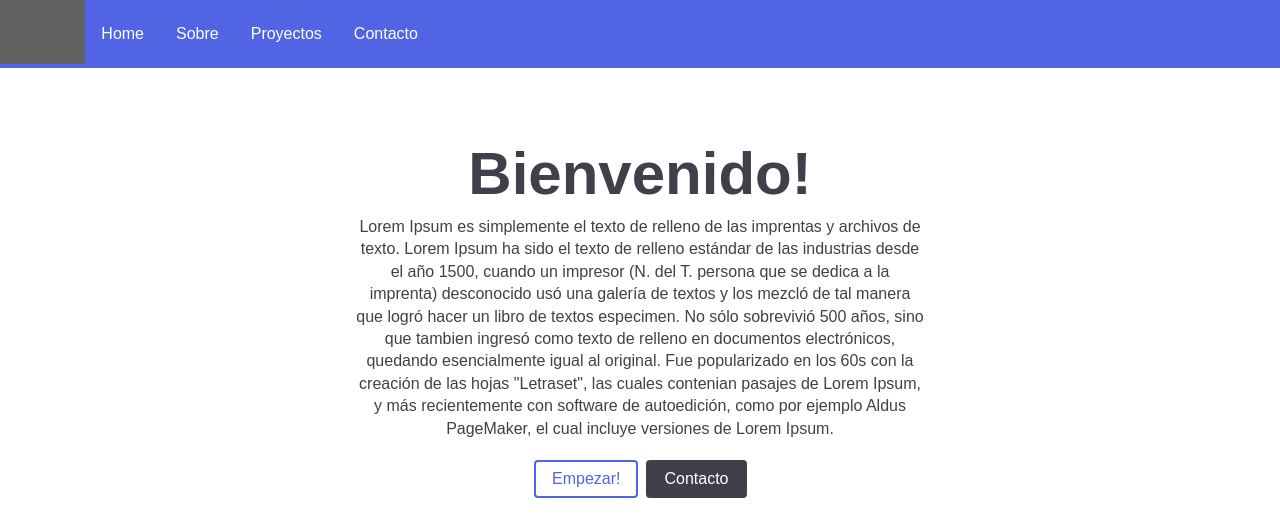
Repository: robsonmarkes/accesibilidad
Page: index.html
These files come from the project's save history. The page is drawn as it stood at one moment and after the next save; the edit follows.
The browser window is 1280 px wide. The pictures show the part of the page from y = 0 to 532 px (the page is 2119 px tall).
Pictures or frames that could not be fetched are drawn as grey boxes. A picture or video elsewhere on the page could not be fetched, so the positions and the page height are approximate.

Above is the page before, as saved 2022-10-11 10:44:49.

### index.html
<!DOCTYPE html>
<html lang="en">
<head>
    <meta charset="UTF-8">
    <meta http-equiv="X-UA-Compatible" content="IE=edge">
    <meta name="viewport" content="width=device-width, initial-scale=1.0">
    <title>Mi empresa portal</title>
    <link rel="stylesheet" href="style.css">
</head>
<body>
    <!-- wrong way -->
    <div class="wrap">
        <div class="header">
            <a href="http://google.com" class="logo">
                <img src="https://www.pngarts.com/files/3/Logo-PNG-Transparent-Image.png" alt="" srcset="">
            </a>
            <ul>
                <li>
                    <a href="#" target="_blank" rel="noopener noreferrer">Home</a>
                </li>
                <li>
                    <a href="#" target="_blank" rel="noopener noreferrer">Sobre</a>
                </li>
                <li>
                    <a href="#" target="_blank" rel="noopener noreferrer">Proyectos</a>
                </li>
                <li>
                    <a href="#" target="_blank" rel="noopener noreferrer">Contacto</a>
                </li>
            </ul>
        </div>
        <div class="content">
            <div class="article">
                <h1>Bienvenido!</h1>
                <p>
                    Lorem Ipsum es simplemente el texto de relleno de las imprentas y archivos de texto. Lorem Ipsum ha sido el texto de relleno estándar de las industrias desde el año 1500, cuando un impresor (N. del T. persona que se dedica a la imprenta) desconocido usó una galería de textos y los mezcló de tal manera que logró hacer un libro de textos especimen. No sólo sobrevivió 500 años, sino que tambien ingresó como texto de relleno en documentos electrónicos, quedando esencialmente igual al original. Fue popularizado en los 60s con la creación de las hojas "Letraset", las cuales contenian pasajes de Lorem Ipsum, y más recientemente con software de autoedición, como por ejemplo Aldus PageMaker, el cual incluye versiones de Lorem Ipsum.
                </p>
                <div class="buttons">
                    <button class="primary">Empezar!</button>
                    <button class="secondary">Contacto</button>
                </div>
            </div>
            <hr />
            <div class="article">
                <h1>Nuestra empresa</h1>
                <p>
                    Es un hecho establecido hace demasiado tiempo que un lector se distraerá con el contenido del texto de un sitio mientras que mira su diseño. El punto de usar Lorem Ipsum es que tiene una distribución más o menos normal de las letras, al contrario de usar textos como por ejemplo "Contenido aquí, contenido aquí". Estos textos hacen parecerlo un español que se puede leer. Muchos paquetes de autoedición y editores de páginas web usan el Lorem Ipsum como su texto por defecto, y al hacer una búsqueda de "Lorem Ipsum" va a dar por resultado muchos sitios web que usan este texto si se encuentran en estado de desarrollo. Muchas versiones han evolucionado a través de los años, algunas veces por accidente, otras veces a propósito (por ejemplo insertándole humor y cosas por el estilo).
                </p>
                <img src="https://cdn-dynmedia-1.microsoft.com/is/image/microsoftcorp/O2019-Hero-image-x2:VP1-539x440?resMode=sharp2&op_usm=1.5,0.65,15,0&wid=1920&hei=720&qlt=75&fit=constrain" alt="">
            </div>
            <hr />
            <div class="article">
                <h1>Necesitas ayuda? Escribanos!</h1>
                <p>
                    Al contrario del pensamiento popular, el texto de Lorem Ipsum no es simplemente texto aleatorio..
                </p>
                <form action="">
                    <fieldset>
                        <legend>En formulário de ejemplo</legend>
                        <div class="form-group">
                            <label for="name">Su nombre:</label>
                            <input type="text" name="name" id="name">
                        </div>
                        <div class="form-group">
                            <label for="email">Su correo:</label>
                            <input type="text" name="email" id="email">
                        </div>
                        <div class="form-group">
                            <label for="message">Su mensaje:</label>
                            <textarea name="message" id="message" cols="30" rows="10"></textarea>
                        </div>
                        <button>Enviar!</button>
                    </fieldset>
                </form>
            </div>
        </div>
        <div class="footer">
            <span>Navegación rápida</span>
            <ul>
                <li>
                    <a href="#" target="_blank" rel="noopener noreferrer">Home</a>
                </li>
                <li>
                    <a href="#" target="_blank" rel="noopener noreferrer">Sobre</a>
                </li>
                <li>
                    <a href="#" target="_blank" rel="noopener noreferrer">Proyectos</a>
                </li>
                <li>
                    <a href="#" target="_blank" rel="noopener noreferrer">Contacto</a>
                </li>
            </ul>
        </div>
        <div class="modal">
            <h2 class="title">Estas seguro que quieres enviar?</h2>
            <span>La acción no puede ser deshecha.</span>
            <button>¡Si!</button>
            <button>¡No!</button>
        </div>
    </div>
</body>
</html>

### style.css
:root {
    --primary-bg: rgb(81, 101, 228);
    --primary-color: #fff;
    --secondary-bg: #ffffff;
    --secondary-color: rgb(64, 64, 74);
    --body-bg: rgb(64, 64, 74);
    --transition-time: 0.2s;
  }

body, * {
    margin: 0;
    padding: 0;
    list-style-type: none;
    text-decoration: none;
    font-family:Arial, Helvetica, sans-serif;
    color: var(--secondary-color);
}

body a:hover {
    color: var(--primary-color);
}

.wrap {
    width: 100%;
    height: auto;
    margin: 0 auto;

}

.wrap .header {
    display: flex;
    align-items: center;
    background-color: var(--primary-bg);
}

.wrap .header  img {
    filter: invert(100%);
    height: 64px;
}

.wrap .header ul {
    display: flex;
}
.wrap .header ul li {
    padding: 1rem;
}
.wrap .header a {
    color: var(--primary-color);
}

.wrap .content {
    width: 100%;
    min-width: 400px;
    margin: 0;
}

.wrap .content .article {
    margin: 0 auto;
    padding: 64px 0 48px;
    max-width: 600px;
    line-height: 1.4;
}

.wrap .content .article h1, h2, h3 {
    font-size: 3.75rem;
    padding-bottom: 0.35;
    text-align: center;
}

.wrap .content .article p {
    font-size: 1rem;
    text-align: center;
    padding: 0 1rem 1rem;
}

.wrap .content .article img {
    margin: 0 auto;
    max-width: 100%;
    padding: 1rem;
}

.wrap .content .article .buttons {
    max-width: 220px;
    margin: 0 auto;
    display: flex;
}

.wrap .content .article .buttons button {
    font-size: 1rem;
    padding: 0.5rem 1rem;
    margin: 4px;
    border: 2px solid;
    border-radius: 4px;
    cursor: pointer;
    background-color: transparent;
}

.wrap .content .article .buttons button.primary {
    background-color: var(--primary-color);
    color: var(--primary-bg);
    transition: var(--transition-time) background-color;
}

.wrap .content .article .buttons button.primary:hover {
    background-color: var(--primary-bg);
    color: var(--primary-color);
    border-color: var(--primary-bg);
}

.wrap .content .article .buttons button.secondary {
    background-color: var(--secondary-color);
    color: var(--secondary-bg);
    border-color: var(--secondary-color);
    transition: var(--transition-time) background-color;
}

.wrap .content .article .buttons button.secondary:hover {
    background-color: var(--secondary-bg);
    color: var(--secondary-color);
    border-color: var(--secondary-color);
}

After the next save:
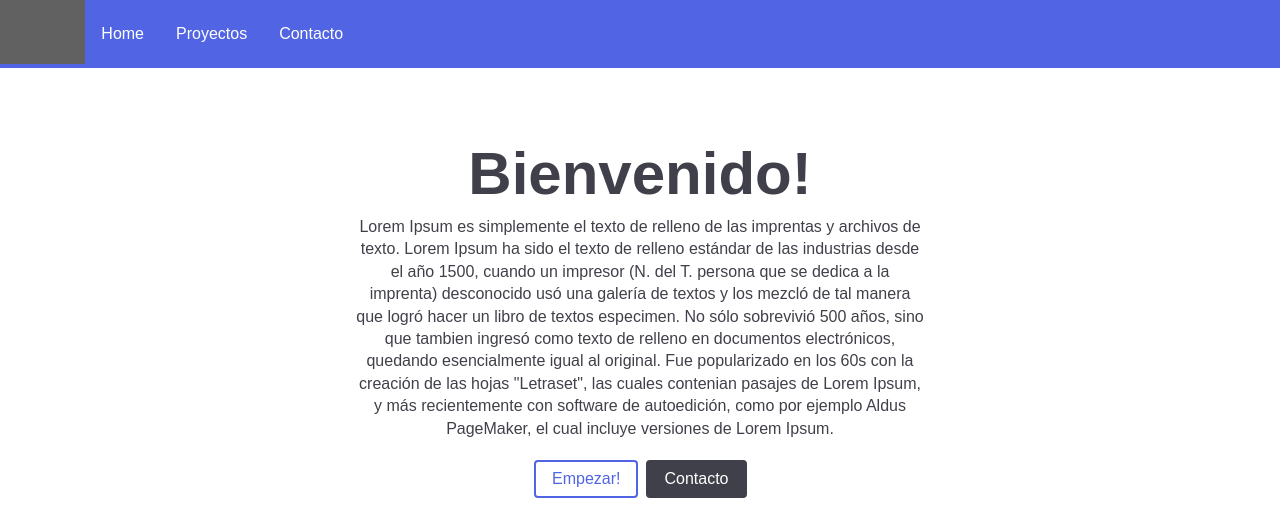
Saved 27 s later.
--- a/index.html
+++ b/index.html
@@ -17,9 +17,6 @@
             <ul>
                 <li>
                     <a href="#" target="_blank" rel="noopener noreferrer">Home</a>
-                </li>
-                <li>
-                    <a href="#" target="_blank" rel="noopener noreferrer">Sobre</a>
                 </li>
                 <li>
                     <a href="#" target="_blank" rel="noopener noreferrer">Proyectos</a>
